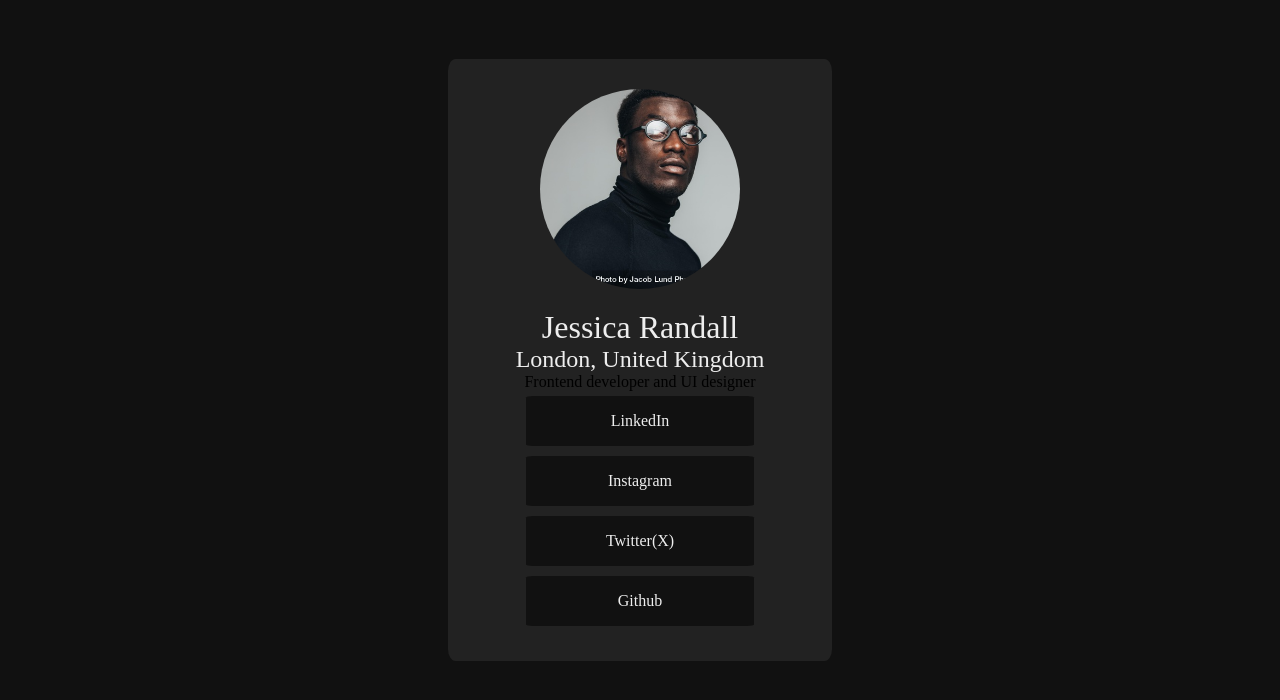
Repository: russel-success/Xcode-TASK-1
Page: index.html
The author's editor kept a copy of each file at every save. The page is drawn from the files as they stood at one save, then again after a run of saves.
The browser window is 1280 px wide. The pictures show the whole page.

Above is the page before, as saved 2024-04-29 01:19:07.

### index.html
<!DOCTYPE html>
<html lang="en">
<head>
    <meta charset="UTF-8">
    <meta name="viewport" content="width=device-width, initial-scale=1.0">
    <title>Profile Card</title>
    <link rel="stylesheet" href="styles/styles.css">
</head>
<body>
    <div class="container">
        <div class="profile-container flex">
           <img src="assets/np_Man staring away on gray background_0VPZY4_free.jpg" alt="" class="profile-image">
            <h1>Jessica Randall</h1>
            <h2>London, United Kingdom</h2>
            <p>Frontend developer and UI designer</p>
            <div class="socials">
                <text>LinkedIn</text>
            </div>
            <div class="socials">
                <text>Instagram</text>
            </div>
            <div class="socials">
                <text>Twitter(X)</text>
            </div>
            <div class="socials">
                <text>Github</text>
            </div>
        </div>
    </div>
</body>
</html>

### styles/styles.css
*{
    padding:0;
    margin:0;
}
.container{
    width:100%;
    height:100vh;
    background-color:#111;
    display:flex;
    align-items:center;
    justify-content: center;
}
.profile-container{
    background-color:#222;
    width:30%;
    background-size: contain;
    box-sizing:border-box;
    display:flex;
    flex-direction: column;
    align-items:center;
    justify-content: center;
    padding: 30px 50px;
    border-radius:2%;
}
.profile-image{
    object-fit:cover;
    width:200px;
    height:200px;
    border-radius:100px;
    margin-bottom:20px;
}
h1{
    color:#eee;
    font-family:poppins;
    font-weight:400;
}
h2{
    color:#eee;
    font-family:poppins;
    font-weight:400;
}
.socials{
    width:80%;
    height:50px;
    background:#111;
    margin:5px 0;
    text-align:center;
    align-content: center;
    color:#eee;
    font-family: poppins;
    font-weight:100;
    border-radius: 3%;
}

After the next 4 saves:
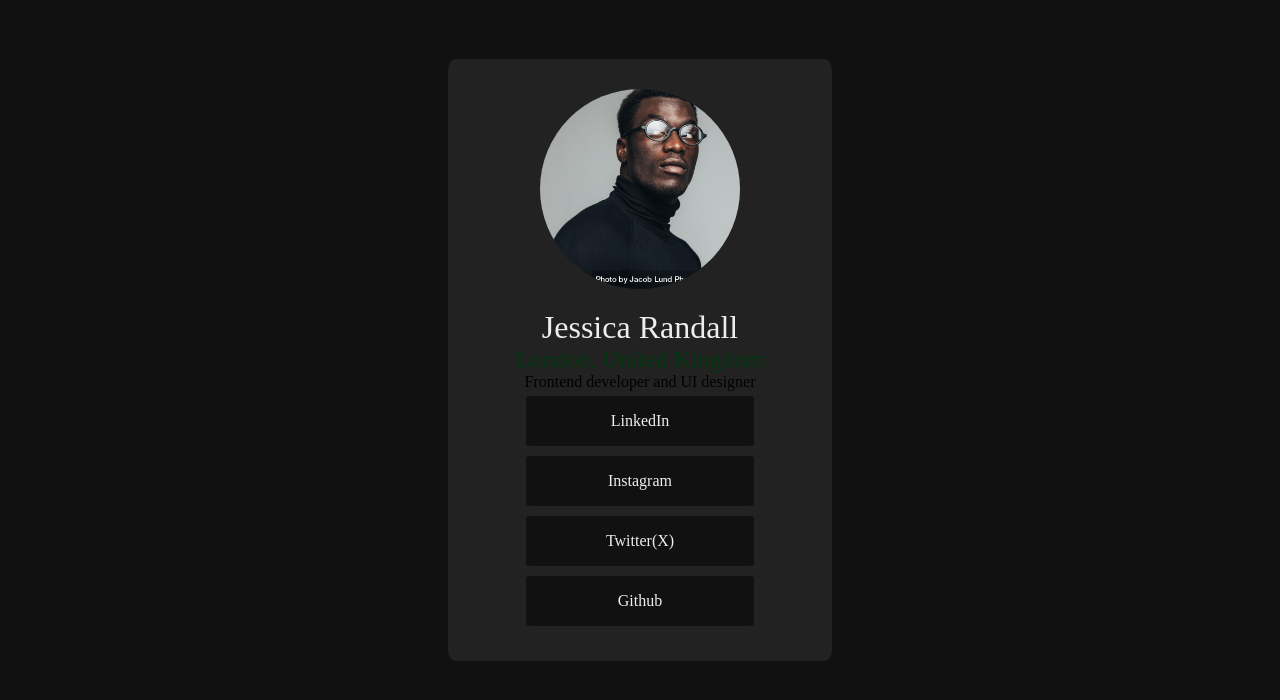
The 4 saves are shown as one change because they came seconds apart.
The last was saved 11 s later.
--- a/styles/styles.css
+++ b/styles/styles.css
@@ -35,7 +35,7 @@
     font-weight:400;
 }
 h2{
-    color:#eee;
+    color:#01360e;
     font-family:poppins;
     font-weight:400;
 }
